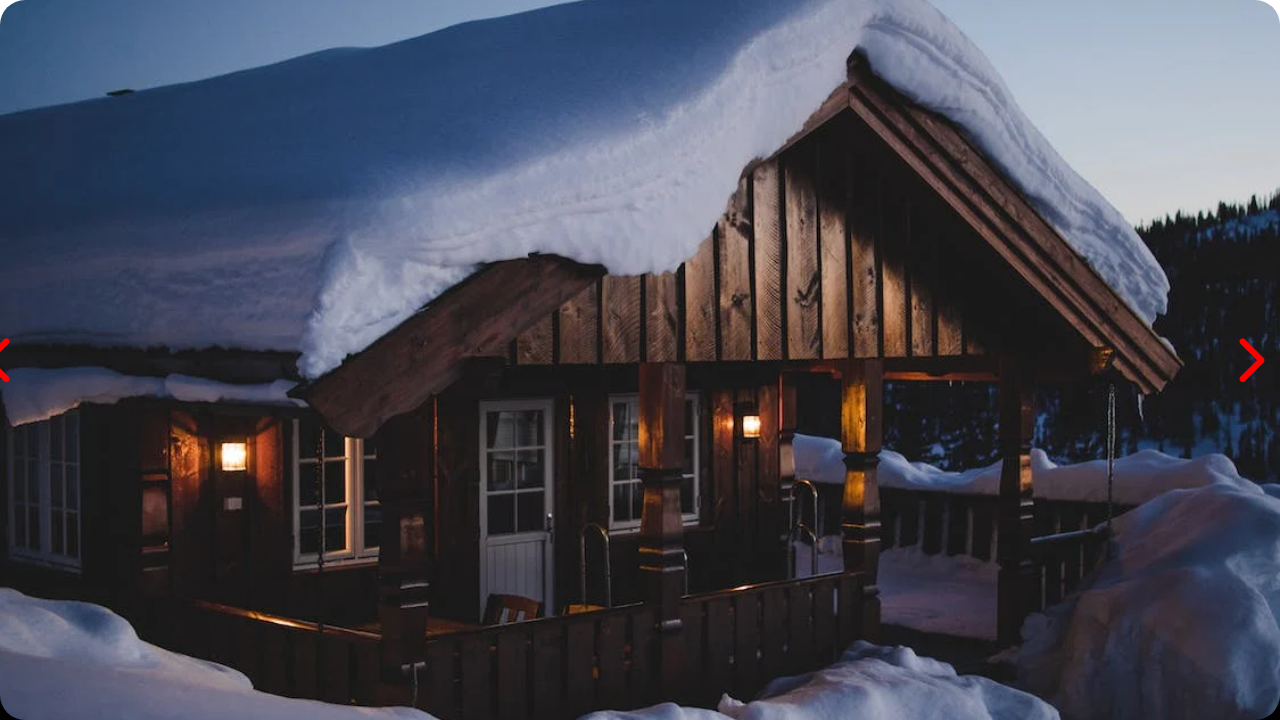
Repository: Ascaris29/Kasa_oc
Page: /essai (app in kasa_project/)
The author's editor kept a copy of each file at every save. The page is drawn from the files as they stood at one save, then again after the next save.
The browser window is 1280 px wide. The pictures show the whole page.
Some web libraries are served in a nearby version. The project was rebuilt for these pictures with package versions that can differ from the ones it lists, and the page was loaded fresh each time. Also part of the build but not shown: kasa_project/src/pages/homepage/Homepage.module.scss, kasa_project/src/pages/homepage/components/CardLogement.module.scss, kasa_project/src/pages/homepage/components/CardLogement.js, kasa_project/src/pages/homepage/Homepage.js, kasa_project/src/pages/404/404.module.scss, kasa_project/src/pages/404/404.js, kasa_project/src/pages/a_propos/APropos.module.scss, kasa_project/src/pages/a_propos/components/CardDescription.module.scss and 6 more.

Above is the page before, as saved 2023-03-16 16:26:38.

After the next save:
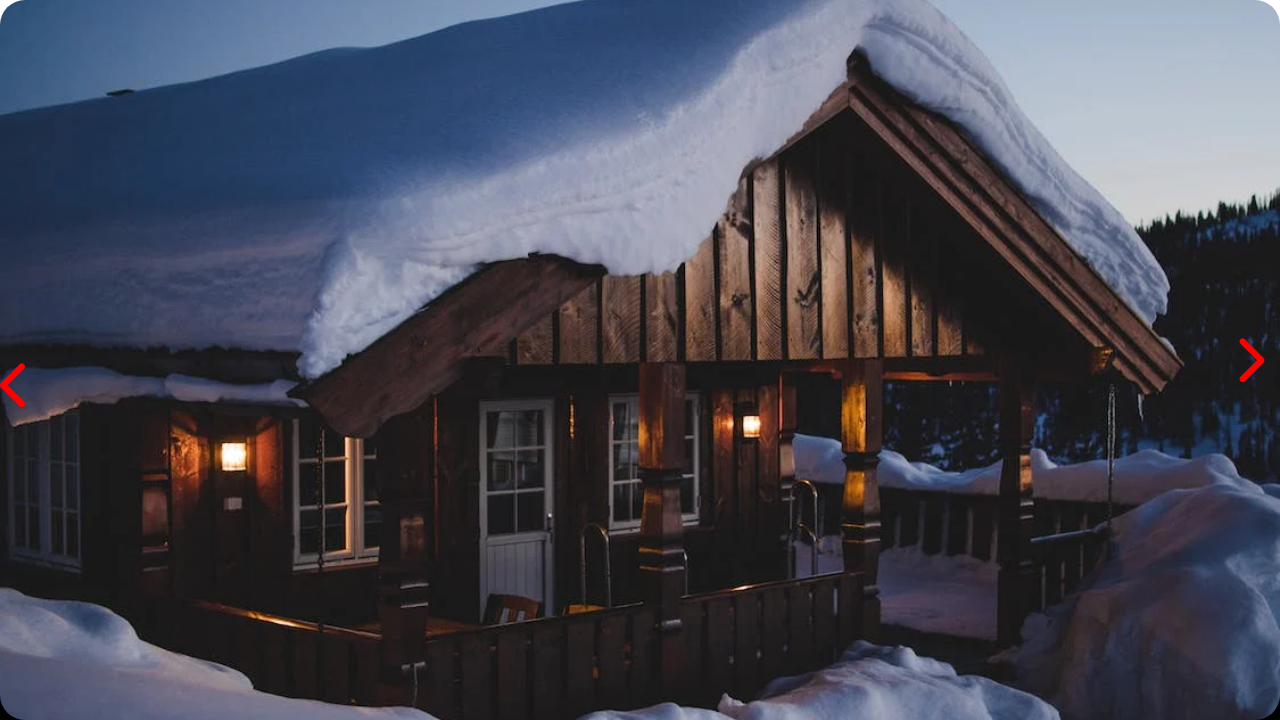
Saved 11 s later.
--- a/kasa_project/src/pages/logement/components/caroussel/Caroussel.module.scss
+++ b/kasa_project/src/pages/logement/components/caroussel/Caroussel.module.scss
@@ -13,7 +13,7 @@
         left:0;
         font-size:50px;
         color:red;
-        transform:translate(-50%, -50%);
+        //transform:translate(-50%, -50%);
     }
     .chevronRight{
         position:absolute;
